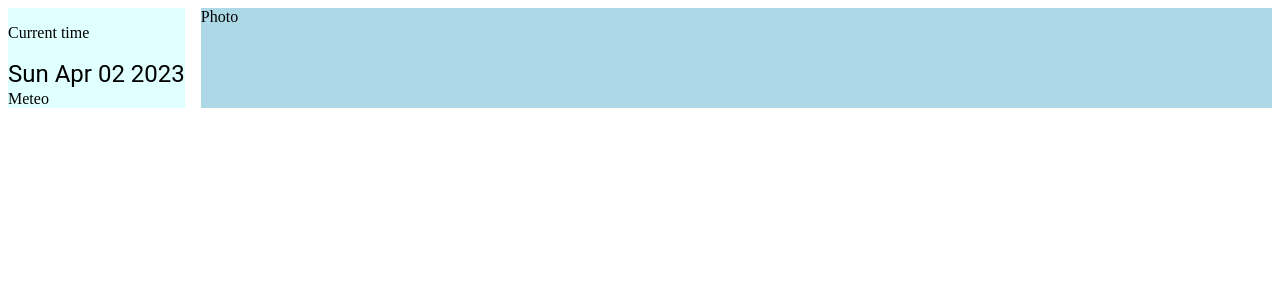
Repository: songvi/meteo
Page: /
An editor plug-in stored every save of this project. The page is shown before and after a run of saves, followed by the edit.
The browser window is 1280 px wide. The pictures show the whole page.
The project was rebuilt for these pictures with package versions that can differ from the ones it lists, and the page was loaded fresh each time. Also part of the build but not shown: src/App.css.

Above is the page before, as saved 2023-04-02 23:19:00.

After the next 3 saves:
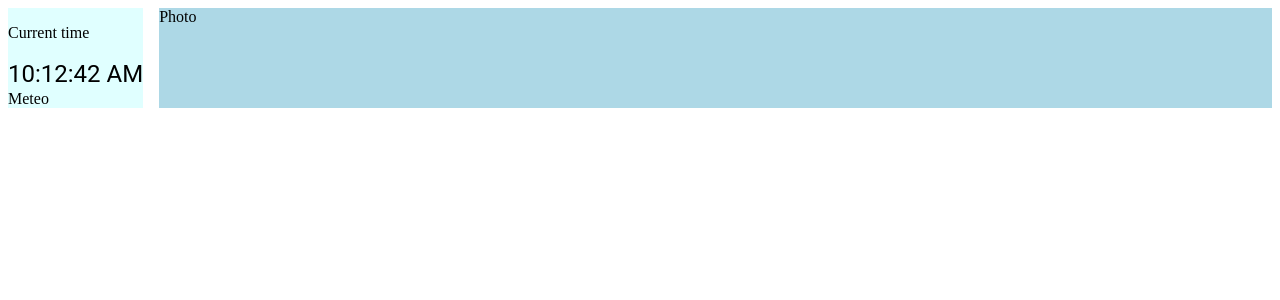
The 3 saves are shown as one change because they came seconds apart.
The last was saved 47 s later.
--- a/src/features/datetime/Datetime.tsx
+++ b/src/features/datetime/Datetime.tsx
@@ -15,7 +15,7 @@ const Datetime = () => {
     return (
         <Box >
             <p>Current time</p>
-            <Typography variant='h5'>{value? value.toDateString(): ""}</Typography>
+            <Typography variant='h5'>{value? value.toLocaleTimeString(): ""}</Typography>
         </Box>
     )
 }
